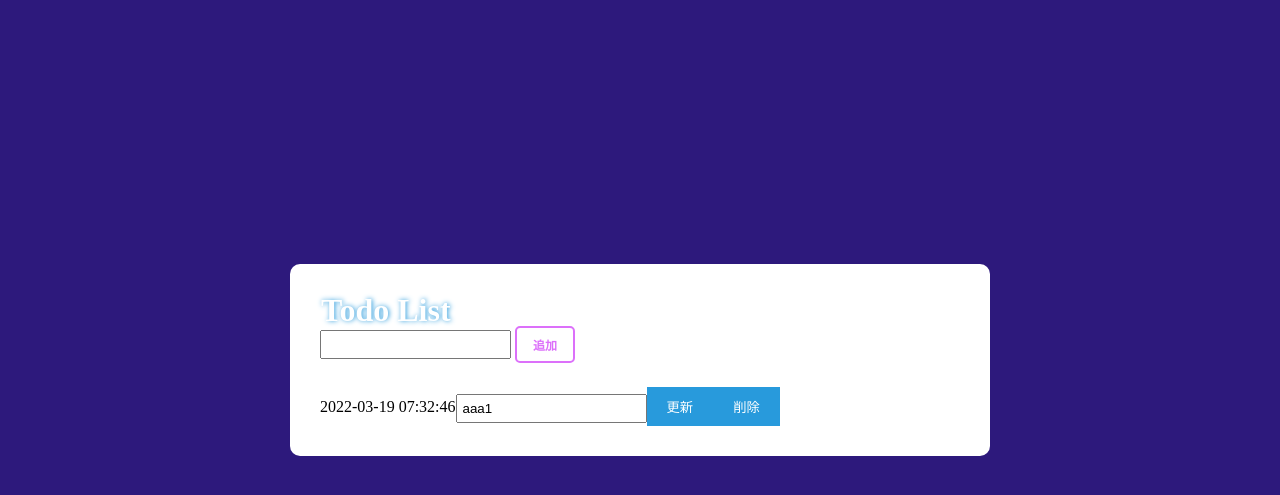
Repository: azuma2/todo
Page: http://localhost/todo/create
An editor plug-in stored every save of this project. The page is shown before and after the next save, followed by the edit.
The browser window is 1280 px wide. The pictures show the whole page.
The page is served by the project's Laravel application, run on PHP 8.4 with Laravel 8. Other server files are loaded and not shown.

Above is the page before, as saved 2022-03-20 02:31:40.

### routes/web.php
<?php

use Illuminate\Support\Facades\Route;
use App\Http\Controllers\TodoController;

Route::get('/', [TodoController::class, 'index']);
Route::get('/todo/create', [TodoController::class, 'add']);
Route::post('/todo/create', [TodoController::class, 'create']);
Route::get('/todo/update', [TodoController::class, 'edit']);
Route::post('/todo/update', [TodoController::class, 'update']);
Route::get('/todo/delete', [TodoController::class, 'delete']);
Route::post('/todo/delete', [TodoController::class, 'remove']);

### app/Http/Controllers/TodoController.php
<?php

namespace App\Http\Controllers;

use Illuminate\Http\Request;
use Illuminate\Support\Facades\DB;

class TodoController extends Controller
{
    public function index()
    {
        $items = DB::select('select * from todo');
        return view('index', ['items' => $items]);
    }
        public function add()
    {
        return view('add');
    }
    public function create(Request $request)
    {
        $param = [
            'content' => $request->content,
        ];
        DB::insert('insert into todo (content) values (:content)', $param);
        return redirect('/');
    }

    public function edit(Request $request)
    {
        $param = ['id' => $request->id];
        $item = DB::select('select * from todo where id = :id', $param);
        return view('edit', ['form' => $item[0]]);
    }
    public function update(Request $request)
    {
        $param = [
            'id' => $request->id,
            'content' => $request->content,
        ];
        DB::update('update todo set content =:content,  where id =:id', $param);
        return redirect('/');
    }
    public function delete(Request $request)
    {
        $param = ['id' => $request->id];
        $item = DB::select('select * from todo where id = :id', $param);
        return view('delete', ['form' => $item[0]]);
    }
    public function remove(Request $request)
    {
        $param = ['id' => $request->id];
        DB::delete('delete from todo where id =:id', $param);
        return redirect('/');
    }
}

### resources/views/add.blade.php
@extends('layouts.default')
<style>
    th {
      background-color: #289ADC;
      color: white;
      padding: 5px 40px;
    }
    tr:nth-child(4) td{
      padding: 10px;
    }
    td {
      padding: 25px 40px;
      background-color: #EEEEEE;
      text-align: center;
    }
    input {
      padding: 5px;
    }
    button {
      padding: 10px 20px;
      background-color: #289ADC;
      border: none;
      color: white;
    }
</style>
@section('title', 'add.blade.php')

@section('content')
<form action="/add" method="POST">
  <table>
    @csrf
    <tr>
      <th>
        name
      </th>
      <td>
        <input type="text" name="content">
      </td>
    </tr>
    <tr>
      <th>
        age
      </th>
      <td>
        <input type="text" name=" ">
      </td>
    </tr>
    <tr>
      <th>
        nationality
      </th>
      <td>
        <input type="text" name=" ">
      </td>
    </tr>
    <tr>
      <th></th>
      <td>
        <button>送信</button>
      </td>
    </tr>
  </table>
</form>
@endsection

### resources/views/layouts/default.blade.php
<!DOCTYPE html>
<html lang="ja">
<head>
    <meta charset="UTF-8">
    <meta name="viewport" content="width=device-width, initial-scale=1.0">
    <link rel="stylesheet" href="{{ asset('\resources\views\layouts\reset.css') }}" >
    <title>@yield('title')</title>
    <style>
    body {
      font-size:16px;
      margin: 5px;
      background-color: #2d197c;
    }

    .title{

    }

    .button {
    text-align: left;
    border: 2px solid #dc70fa;
    font-size: 12px;
    color: #dc70fa;
    background-color: #fff;
    font-weight: bold;
    padding: 8px 16px;
    border-radius: 5px;
    cursor: pointer;
    transition: 0.4s;
    outline: none;
}

    .card {
    background-color: #fff;
    width: 50vw;
    padding: 30px;
    position: absolute;
    top: 50%;
    left: 50%;
    transform: translate(-50%, -50%);
    border-radius: 10px;
}
    h1 {
      font-size:32px;
      color:white;
      text-shadow:1px 0 5px #289ADC;
      margin-left: 1px
    }
    .content {
      margin:10px;
    }
    </style>
  </head>
  <body>
  <div class="container">
    <div class="card">
      <h1 class="title">Todo List</h1>
            <div class="todo">
        <form action="/todo/create" method="post" class="flex between mb-30">
          <input type="hidden" name="_token" value="yPGHmdfvXMVMWtmtJqGVIjK97kTAmYJNKCWK19b7">          <input type="text" class="input-add" name="content" />
          <input class="button" type="submit" value="追加" />
        </form>
        <table>
          <tr>
            <th>作成日</th>
            <th>タスク名</th>
            <th>更新</th>
            <th>削除</th>
          </tr>
                    <tr>
            <td>
              2022-03-19 07:32:46
            </td>
            <form action="https://intense-reef-81125.herokuapp.com/todo/update?id=1794" method="post">
              <input type="hidden" name="_token" value="yPGHmdfvXMVMWtmtJqGVIjK97kTAmYJNKCWK19b7">              <td>
                <input type="text" class="input-update" value="aaa1" name="content" />
              </td>
              <td>
                <button class="button-update">更新</button>
              </td>
            </form>
            <td>
              <form action="https://intense-reef-81125.herokuapp.com/todo/delete?id=1794" method="post">
                <input type="hidden" name="_token" value="yPGHmdfvXMVMWtmtJqGVIjK97kTAmYJNKCWK19b7">                <button class="button-delete">削除</button>
              </form>
            </td>
          </tr>
                  </table>
      </div>
    </div>
  </div>
  </div>
</body>

</html>

### resources/views/layouts/reset.css
/*
html5doctor.com Reset Stylesheet
v1.6.1
Last Updated: 2010-09-17
Todo: Richard Clark - http://richclarkdesign.com
Twitter: @rich_clark
*/

html, body, div, span, object, iframe,
h1, h2, h3, h4, h5, h6, p, blockquote, pre,
abbr, address, cite, code,
del, dfn, em, img, ins, kbd, q, samp,
small, strong, sub, sup, var,
b, i,
dl, dt, dd, ol, ul, li,
fieldset, form, label, legend,
table, caption, tbody, tfoot, thead, tr, th, td,
article, aside, canvas, details, figcaption, figure,
footer, header, hgroup, menu, nav, section, summary,
time, mark, audio, video {
    margin:0;
    padding:0;
    border:0;
    outline:0;
    font-size:100%;
    vertical-align:baseline;
    background:transparent;
}

body {
    line-height:1;
}

article,aside,details,figcaption,figure,
footer,header,hgroup,menu,nav,section {
    display:block;
}

nav ul {
    list-style:none;
}

blockquote, q {
    quotes:none;
}

blockquote:before, blockquote:after,
q:before, q:after {
    content:'';
    content:none;
}

a {
    margin:0;
    padding:0;
    font-size:100%;
    vertical-align:baseline;
    background:transparent;
}

/* change colours to suit your needs */
ins {
    background-color:#ff9;
    color:#000;
    text-decoration:none;
}

/* change colours to suit your needs */
mark {
    background-color:#ff9;
    color:#000;
    font-style:italic;
    font-weight:bold;
}

del {
    text-decoration: line-through;
}

abbr[title], dfn[title] {
    border-bottom:1px dotted;
    cursor:help;
}

table {
    border-collapse:collapse;
    border-spacing:0;
}

/* change border colour to suit your needs */
hr {
    display:block;
    height:1px;
    border:0;
    border-top:1px solid #cccccc;
    margin:1em 0;
    padding:0;
}

input, select {
    vertical-align:middle;
}

Loaded but not shown: app/Http/Controllers/Controller.php (common file)

After the next save:
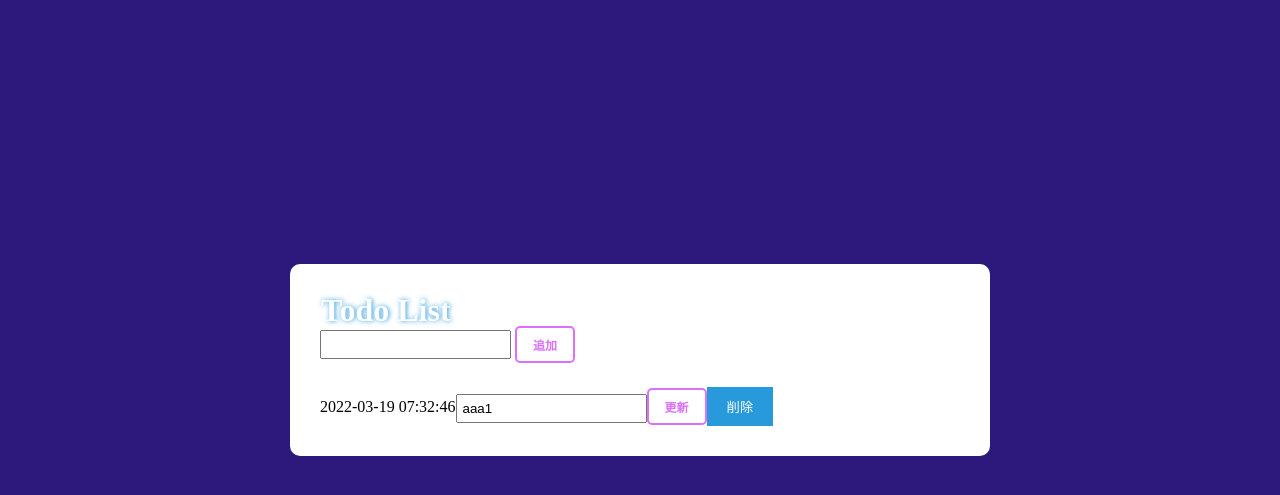
Saved 47 s later.
--- a/resources/views/layouts/default.blade.php
+++ b/resources/views/layouts/default.blade.php
@@ -76,7 +76,7 @@
                 <input type="text" class="input-update" value="aaa1" name="content" />
               </td>
               <td>
-                <button class="button-update">更新</button>
+                <button class="button">更新</button>
               </td>
             </form>
             <td>
